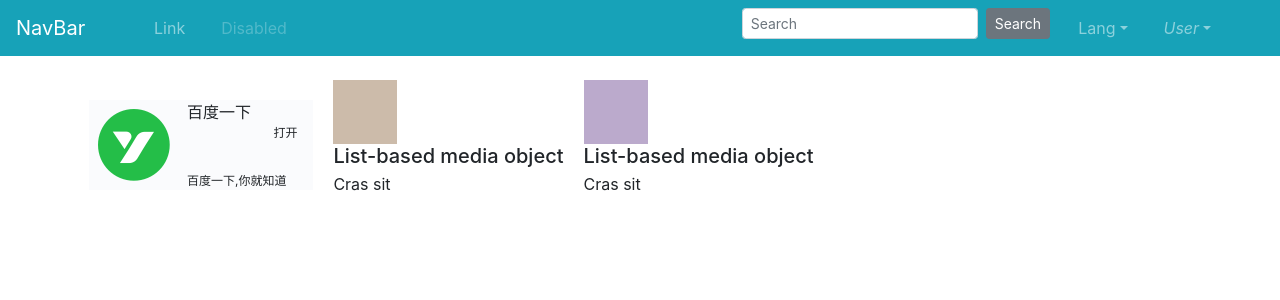
Repository: Funnyrz/vue-nav
Page: /
These files come from the project's save history. The page is drawn as it stood at one moment and after the next save; the edit follows.
The browser window is 1280 px wide. The pictures show the whole page.
The project was rebuilt for these pictures with package versions that can differ from the ones it lists, and the page was loaded fresh each time.

Above is the page before, as saved 2020-08-26 12:28:44.

### public/index.html
<!DOCTYPE html>
<html lang="en">
  <head>
    <meta charset="utf-8">
    <meta http-equiv="X-UA-Compatible" content="IE=edge">
    <meta name="viewport" content="width=device-width,initial-scale=1.0">
    <link rel="icon" href="<%= BASE_URL %>favicon.ico">
    <title>vue-pic</title>
  </head>
  <body>
    <noscript>
      <strong>We're sorry but vue-pic doesn't work properly without JavaScript enabled. Please enable it to continue.</strong>
    </noscript>
    <div id="app"></div>
    <!-- built files will be auto injected -->
  </body>
</html>

### src/main.js
import Vue from 'vue'
import App from './App.vue'
import 'bootstrap/dist/css/bootstrap.css'
import 'bootstrap-vue/dist/bootstrap-vue.css'
import BootstrapVue from 'bootstrap-vue'
// ES Modules syntax

// require syntax

Vue.use(BootstrapVue)
Vue.config.productionTip = false

new Vue({
  render: h => h(App),
}).$mount('#app')

### src/App.vue
<template>
  <div id="app">
    <HelloWorld msg="Welcome to Your Vue.js App" />
  </div>
</template>

<script>
import HelloWorld from "./components/HelloWorld.vue";

export default {
  name: "app",
  components: {
    HelloWorld
  }
};
</script>

<style>
.container-fluid {
  width: 80%;
}
</style>

### src/components/HelloWorld.vue
<template>
  <div class="hello">
    <div>
      <b-navbar toggleable="lg" type="dark" variant="info">
        <b-navbar-brand href="#">NavBar</b-navbar-brand>

        <b-navbar-toggle target="nav-collapse"></b-navbar-toggle>
        <b-container fluid>
          <b-collapse id="nav-collapse" is-nav>
            <b-navbar-nav>
              <b-nav-item href="#">Link</b-nav-item>
              <b-nav-item href="#" disabled>Disabled</b-nav-item>
            </b-navbar-nav>

            <!-- Right aligned nav items -->
            <b-navbar-nav class="ml-auto">
              <b-nav-form>
                <b-form-input size="sm" class="mr-sm-2" placeholder="Search"></b-form-input>
                <b-button size="sm" class="my-2 my-sm-0" type="submit">Search</b-button>
              </b-nav-form>

              <b-nav-item-dropdown text="Lang" right>
                <b-dropdown-item href="#">EN</b-dropdown-item>
                <b-dropdown-item href="#">ES</b-dropdown-item>
                <b-dropdown-item href="#">RU</b-dropdown-item>
                <b-dropdown-item href="#">FA</b-dropdown-item>
              </b-nav-item-dropdown>

              <b-nav-item-dropdown right>
                <!-- Using 'button-content' slot -->
                <template v-slot:button-content>
                  <em>User</em>
                </template>
                <b-dropdown-item href="#">Profile</b-dropdown-item>
                <b-dropdown-item href="#">Sign Out</b-dropdown-item>
              </b-nav-item-dropdown>
            </b-navbar-nav>
          </b-collapse>
        </b-container>
      </b-navbar>

      <b-container fluid>
        <div>
          <ul class="list-unstyled">
            <b-media tag="li" class="nav-li">
              <template v-slot:aside>
                <b-img rounded alt="placeholder" src="../assets/00a80686ba00479386905fbdadf74227.png"></b-img>
                <div class="nav-card">
                  百度一下
                 <div class="nav-card-text">
                  百度一下,你就知道
                </div>
                <div class="nav-card-btn">
                 打开
               </div>
                </div>

              </template>
            </b-media>

            <b-media tag="li" class="my-4">
              <template v-slot:aside>
                <b-img blank blank-color="#cba" width="64" alt="placeholder" ></b-img>
              </template>

              <h5 class="mt-0 mb-1">List-based media object</h5>
              <p class="mb-0">Cras sit</p>
            </b-media>

            <b-media tag="li">
              <template v-slot:aside>
                <b-img blank blank-color="#bac" width="64" alt="placeholder"></b-img>
              </template>

              <h5 class="mt-0 mb-1">List-based media object</h5>
              <p class="mb-0">Cras sit</p>
            </b-media>
          </ul>
        </div>
      </b-container>
    </div>
  </div>
</template>

<script>
export default {
  name: "HelloWorld",
  props: {
    msg: String
  },
  data() {
    return {
      mainProps: {
        blank: true,
        blankColor: "#777",
        width: 75,
        height: 75,
        class: "m1"
      }
    };
  },
  mounted() {}
};
</script>

<!-- Add "scoped" attribute to limit CSS to this component only -->
<style scoped>
ul {
  list-style-type: none;
  padding: 0;
}
li {
  display: inline-block;
  margin: 0 10px;
}
a {
  color: #42b983;
}
.container-fluid{
  width: 90%;
}
.nav-li{
  width: 20%;
  background: #fafbfd;
}
.nav-card{position:relative;width:100%;margin-left: 8px;}
.nav-card-text{
  font-size:12px;bottom:0px;position:absolute;
}
.nav-card-btn{
  font-size:12px;right:0px;position:absolute;
}
</style>

After the next save:
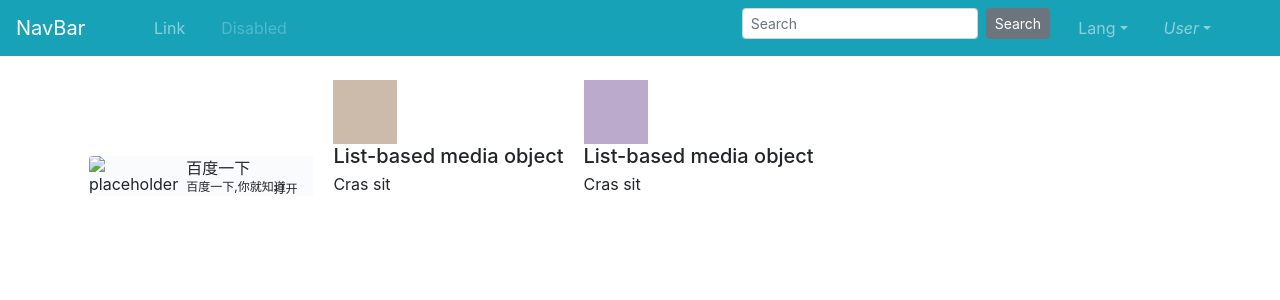
Not found: assets/00a80686ba00479386905fbdadf74227.png
Saved 24 s later.
--- a/src/components/HelloWorld.vue
+++ b/src/components/HelloWorld.vue
@@ -44,7 +44,7 @@
           <ul class="list-unstyled">
             <b-media tag="li" class="nav-li">
               <template v-slot:aside>
-                <b-img rounded alt="placeholder" src="../assets/00a80686ba00479386905fbdadf74227.png"></b-img>
+                <b-img rounded alt="placeholder" src="/assets/00a80686ba00479386905fbdadf74227.png"></b-img>
                 <div class="nav-card">
                   百度一下
                  <div class="nav-card-text">

After the 2 saves that followed:
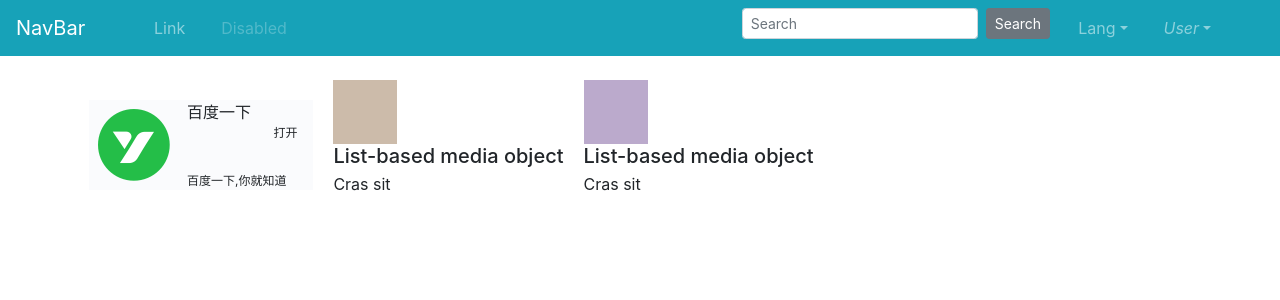
The 2 saves are shown as one change because 1 left the picture as it was.
The last was saved 20 s later.
--- a/src/components/HelloWorld.vue
+++ b/src/components/HelloWorld.vue
@@ -44,7 +44,7 @@
           <ul class="list-unstyled">
             <b-media tag="li" class="nav-li">
               <template v-slot:aside>
-                <b-img rounded alt="placeholder" src="/assets/00a80686ba00479386905fbdadf74227.png"></b-img>
+                <b-img rounded alt="placeholder" src="../assets/00a80686ba00479386905fbdadf74227.png"></b-img>
                 <div class="nav-card">
                   百度一下
                  <div class="nav-card-text">
